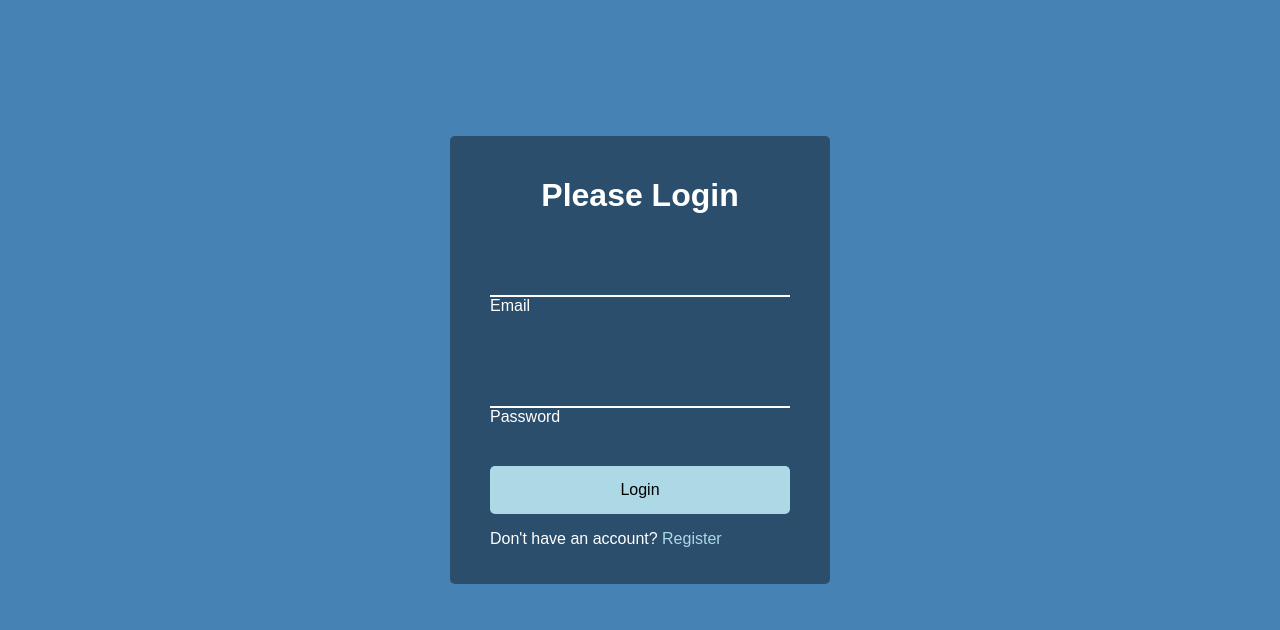
Repository: thecoachanna/form-animation
Page: index.html
The author's editor kept a copy of each file at every save. The page is drawn from the files as they stood at one save, then again after a run of saves.
The browser window is 1280 px wide. The pictures show the whole page.
Some web fonts or font styles are not loaded; a fallback is used.

Above is the page before, as saved 2023-02-26 10:01:03.

### index.html
<!DOCTYPE html>
<html lang="en">
<head>
    <meta charset="UTF-8">
    <meta http-equiv="X-UA-Compatible" content="IE=edge">
    <meta name="viewport" content="width=device-width, initial-scale=1.0">
    <link rel="stylesheet" href="style.css">
    <title>Wave Animation</title>
</head>
<body>
    <div class="container">
        <h1>Please Login</h1>
        <form>
            <div class="form-control">
                <input type="text" required>
                <label>Email</label>
            </div>
            <div class="form-control">
                <input type="password" required>
                <label>Password</label>
            </div>
            <button class="btn">Login</button>

            <p class="text">Don't have an account? <a href="#">Register</a></p>
        </form>
    </div>
    <script src="script.js"></script>
</body>
</html>

### style.css
@import url('https://fonts.googleapis.com/css?family=Muli&display=swap');


* {
    box-sizing: border-box;
}

body {
    background-color: steelblue;
    color: white;
    font-family: 'Muli', sans-serif;
    display: flex;
    flex-direction: column;
    align-items: center;
    justify-content: center;
    height: 100vh;
    overflow: hidden;
    margin: 0;
}

.container {
    background-color: rgba(0,0,0,0.4);
    padding: 20px 40px;
    border-radius: 5px;
}

.container h1 {
    text-align: center;
    margin-bottom: 30px;
}

.container a {
    text-decoration: none;
    color: lightblue;
}

.btn {
    cursor: pointer;
    display: inline-block;
    width: 100%;
    background-color: lightblue;
    padding: 15px;
    font-family: inherit;
    font-size: 16px;
    border: 0;
    border-radius: 5px;
}

.btn:focus {
    outline: 0;
}

.btn:active {
    transform: scle(0.98);
}

.form-control {
    position: relative;
    margin: 20px 0 40px;
    width: 300px;
}

.form-control input {
    background-color: transparent;
    border: 0;
    border-bottom: 2px #fff solid;
    display: block;
    width: 100%;
    padding: 15px 0;
    font-size: 18px;
    color: white;
}

.form-control input:focus,
.form-control input:valid {
    outline: 0;
}

Loaded but not shown: script.js (no copy from this time; the picture is the same without it)

After the next 3 saves:
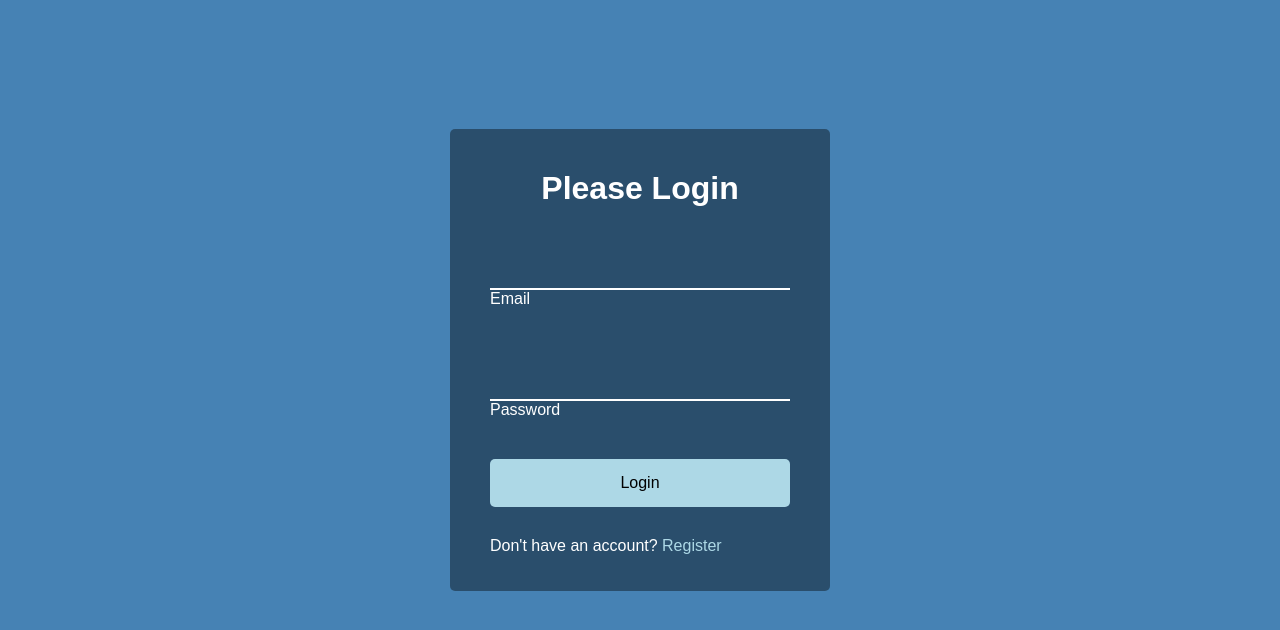
The 3 saves are shown as one change because they came seconds apart.
The last was saved 21 s later.
--- a/style.css
+++ b/style.css
@@ -54,6 +54,10 @@ body {
     transform: scle(0.98);
 }
 
+.text {
+    margin-top: 30px;
+}
+
 .form-control {
     position: relative;
     margin: 20px 0 40px;
